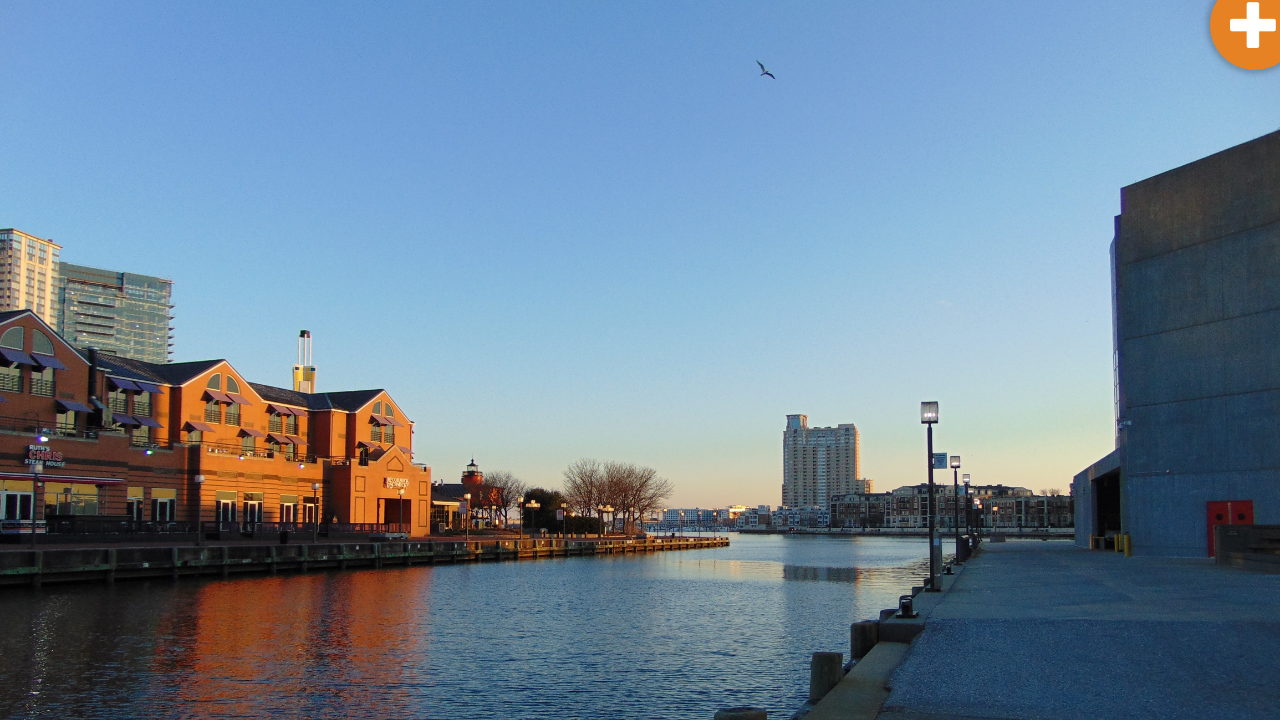
Repository: danidark9312/vtac
Page: http://localhost/vtacTechnology/
An editor plug-in stored every save of this project. The page is shown before and after the next save, followed by the edit.
The browser window is 1280 px wide. The pictures show the whole page.
The page is served by Tomcat 9.

Above is the page before, as saved 2017-01-30 17:12:57.
Console error (its wording comes from the project's code and is left out).

### vtacTechnology/WebContent/index.jsp
<%@ page language="java" contentType="text/html; charset=ISO-8859-1"
    pageEncoding="ISO-8859-1"%>
<!DOCTYPE html PUBLIC "-//W3C//DTD HTML 4.01 Transitional//EN" "http://www.w3.org/TR/html4/loose.dtd">
<html>
<head>
	<meta http-equiv="Content-Type" content="text/html; charset=ISO-8859-1">
	<title>VTAC Tehnology</title>

	<link href="bootstrap/css/bootstrap.min.css" rel="stylesheet">
 	<script src="bootstrap/js/bootstrap.min.js"> </script>
 	<script src="jquery/jquery.min.js" ></script>
 	<script src="js/menu.js" ></script>

 	<link href="css/common.css" rel="stylesheet" />

</head>
<body>
<div class="menuContainer">
<div class="floatingMenu" onclick="openMenu()">
 <span class="glyphicon glyphicon-plus" aria-hidden="true"></span>
</div>
	<div class="optionGroup">
		<div class="option">Services</div>
		<div class="option">Portfolio</div>
		<div class="option">Contact</div>
	</div>

</div>





</body>
</html>

### vtacTechnology/WebContent/js/menu.js
/**
 *
 */

$(document).ready(function(){
// function for the floating button when cursor leave the button, must hide all options
})

function openMenu(){
	$(".optionGroup .option").toggleClass("shown");
}

### vtacTechnology/WebContent/css/common.css
@CHARSET "ISO-8859-1";


:root {
  --main-color: #e68224;
  --main-color-highlighted: #e8a05d;
}

.menuContainer{
	position : fixed;
	right: 0px;
	top: 0px;
}

.floatingMenu{
	    background-color: var(--main-color);
    color: white;
    width: 90px;
    height: 90px;
    text-align: center;
    padding: 18px;
    border-radius: 100%;
    box-shadow: 0px 0px 5px 4px rgba(0, 0, 0, 0.18), 0px 4px 12px -7px rgba(0, 0, 0, 0.15);

    -webkit-transition: all .1s ease-out;
    position: absolute;
    right: -20px;
    top: -20px;
    cursor: pointer;
}


.menuContainer .optionGroup{
	        padding: 5px 0;
	        margin-top: 12px;
    font-size: 23px;
    position: absolute;
    top: 70px;
    right: 0px;;
}

.floatingMenu:hover{
	right: 0px;
	top: 0px;
	box-shadow: 0px 0px 14px 6px rgba(0, 0, 0, 0.18), 0px 4px 12px -7px rgba(0, 0, 0, 0.15);
}

.floatingMenu span{
	font-size: 50px;
}

.menuContainer .option{
	    padding: 5px 10px;
    font-size: 23px;
    background: var(--main-color);;
    color: white;
    border-top-left-radius: 20px;
    border-bottom-left-radius: 20px;
    box-shadow: 0px 5px 11px -2px rgba(0, 0, 0, 0.18), 0px 4px 12px -7px rgba(0, 0, 0, 0.15);
    -webkit-transition: all .2s ease-out;
    opacity: 0;
    cursor: pointer;
}
.menuContainer .option:hover{
    background-color: var(--main-color-highlighted);
}

.menuContainer .option.shown{
	opacity: 1;
	margin-top: 5px;
}




body {
	background: #ffffff url("../img/background2.jpg") no-repeat right top;
	background-size: cover;
}

Loaded but not shown: vtacTechnology/WebContent/bootstrap/css/bootstrap.min.css (library); vtacTechnology/WebContent/bootstrap/js/bootstrap.min.js (library); vtacTechnology/WebContent/jquery/jquery.min.js (library)

After the next save:
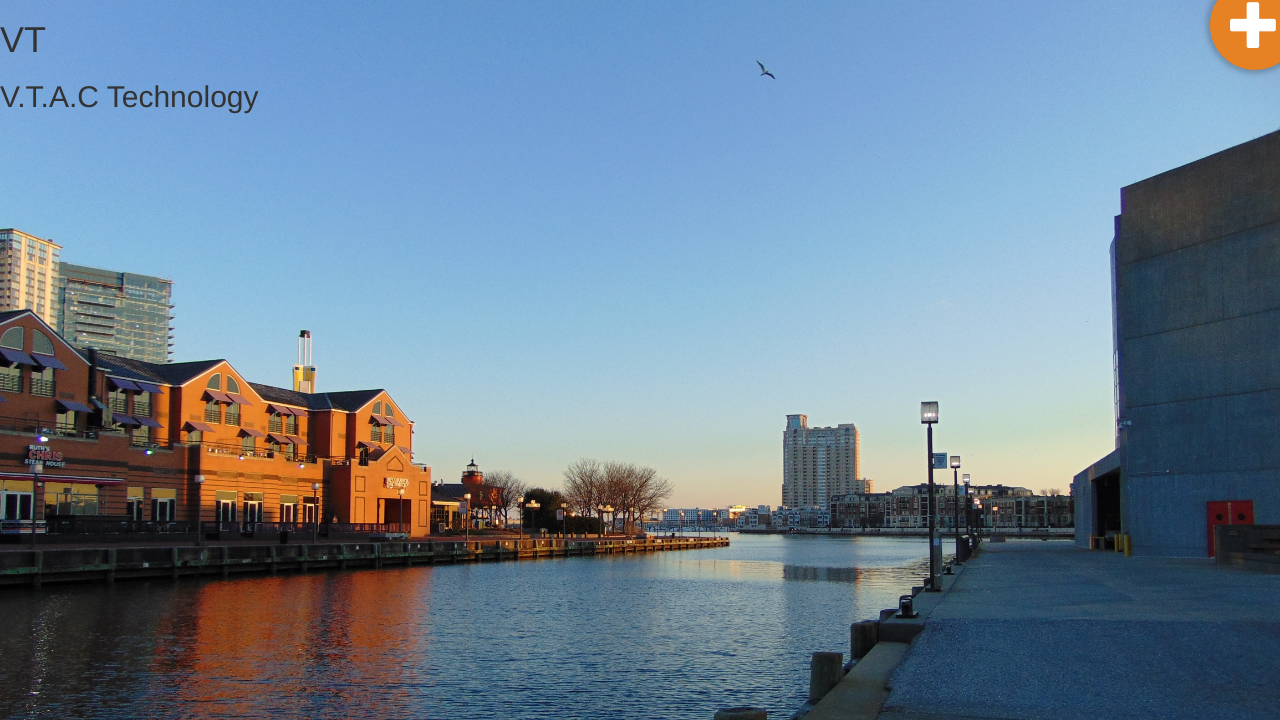
Saved 3 min 34 s later.
--- a/vtacTechnology/WebContent/index.jsp
+++ b/vtacTechnology/WebContent/index.jsp
@@ -27,8 +27,11 @@
 
 </div>
 
+<div class="mainLogo">
+<h1>VT</h1>
+<h2>V.T.A.C Technology</h2>
 
-
+</div>
 
 
 </body>
